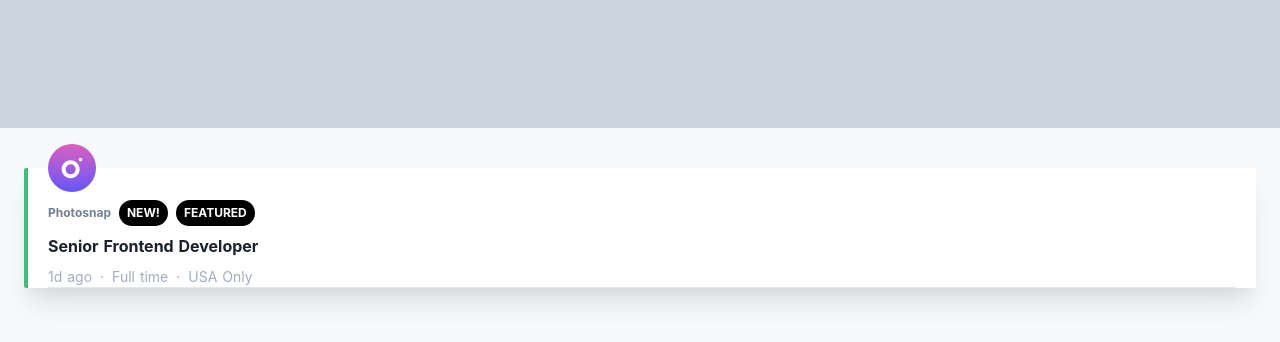
Repository: asongdon/frontendmentor-joblisting
Page: /
These files come from the project's save history. The page is drawn as it stood at one moment and after the next save; the edit follows.
The browser window is 1280 px wide. The pictures show the whole page.
The project was rebuilt for these pictures with package versions that can differ from the ones it lists, and the page was loaded fresh each time. The framework's server and built-in components were replaced by stand-ins that run in the browser. Also part of the build but not shown: nuxt.config.js.

Above is the page before, as saved 2020-04-12 20:55:53.

### layouts/default.vue
<template>
  <div class="h-screen">
    <Header/>
    <nuxt />
  </div>
</template>

<script>
import Header from '@/components/Header.vue'

export default {
  components: {
    Header
  },
}
</script>

<style>
html {
  font-family: 'Inter', -apple-system, BlinkMacSystemFont, 'Segoe UI',
    Roboto, 'Helvetica Neue', Arial, sans-serif;
  font-size: 16px;
  word-spacing: 1px;
  -ms-text-size-adjust: 100%;
  -webkit-text-size-adjust: 100%;
  -moz-osx-font-smoothing: grayscale;
  -webkit-font-smoothing: antialiased;
  box-sizing: border-box;
  @apply bg-gray-100;
}

*,
*:before,
*:after {
  box-sizing: border-box;
  margin: 0;
}

.button--green {
  display: inline-block;
  border-radius: 4px;
  border: 1px solid #3b8070;
  color: #3b8070;
  text-decoration: none;
  padding: 10px 30px;
}

.button--green:hover {
  color: #fff;
  background-color: #3b8070;
}

.button--grey {
  display: inline-block;
  border-radius: 4px;
  border: 1px solid #35495e;
  color: #35495e;
  text-decoration: none;
  padding: 10px 30px;
  margin-left: 15px;
}

.button--grey:hover {
  color: #fff;
  background-color: #35495e;
}
</style>

### pages/index.vue
<template>
  <div class="container py-10 px-6">
    <Maincard/>
  </div>
</template>

<script>
import Maincard from '@/components/Maincard'
export default {
  components: {
    Maincard
  }
}
</script>

<style>
/* Sample `apply` at-rules with Tailwind CSS
.container {
  @apply min-h-screen flex justify-center items-center text-center mx-auto;
}
*/

</style>

### components/Header.vue
<template>
  <div class="w-full h-32 bg-gray-400"></div>
</template>

<script>
export default {}
</script>

<style></style>

### components/Maincard.vue
<template>
    <div class="flex flex-col flex-no-wrap rounded-sm px-5 border-l-4 border-green-500 bg-white shadow-xl">

    <div class="-mt-6 mb-2">
      <img class="w-12" src="~/assets/logos/faceit.svg" alt="" />
    </div>

    <div class="flex items-center">
      <div class="text-xs font-bold text-gray-600">Photosnap</div>
      <div class="flex text-xs font-bold">
        <div class="bg-black text-white rounded-full px-2 py-1 uppercase ml-2">
          New!
        </div>
        <div class="bg-black text-white rounded-full px-2 py-1 uppercase ml-2">
          Featured
        </div>
      </div>
    </div>

    <div class="mt-2 font-bold text-gray-900">
      Senior Frontend Developer
    </div>

    <div class="flex text-sm mt-2 text-gray-500 border-b">
      <div class="mr-2">1d ago</div>
      <div class="mr-2">·</div>
      <div class="mr-2">Full time</div>
      <div class="mr-2">·</div>
      <div>USA Only</div>
    </div>

  </div>
</template>

<script>
export default {}
</script>

<style></style>

Loaded but not shown: assets/css/tailwind.css (common file); tailwind.config.js (common file); store/filter.js (no copy from this time; the picture is the same without it); store/index.js (no copy from this time; the picture is the same without it)

After the next save:
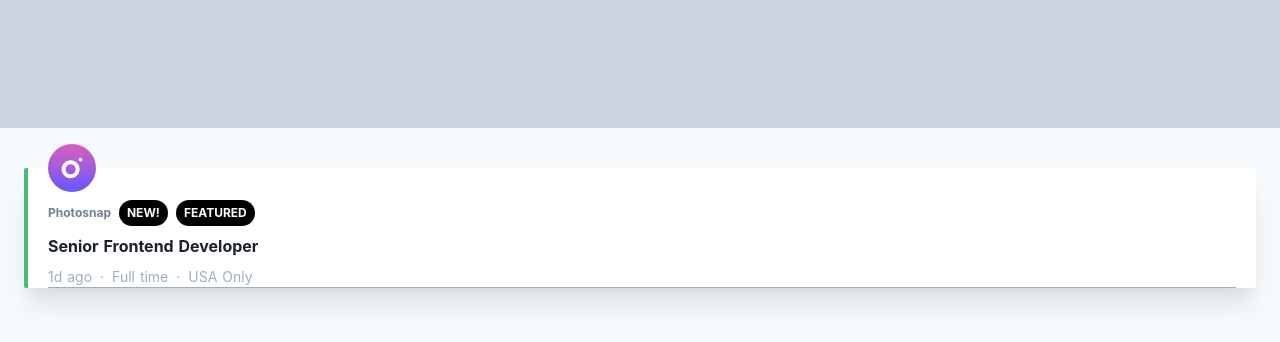
Saved 7 s later.
--- a/components/Maincard.vue
+++ b/components/Maincard.vue
@@ -21,7 +21,7 @@
       Senior Frontend Developer
     </div>
 
-    <div class="flex text-sm mt-2 text-gray-500 border-b">
+    <div class="flex text-sm mt-2 text-gray-500 border-b border-gray-500">
       <div class="mr-2">1d ago</div>
       <div class="mr-2">·</div>
       <div class="mr-2">Full time</div>

After the save that followed:
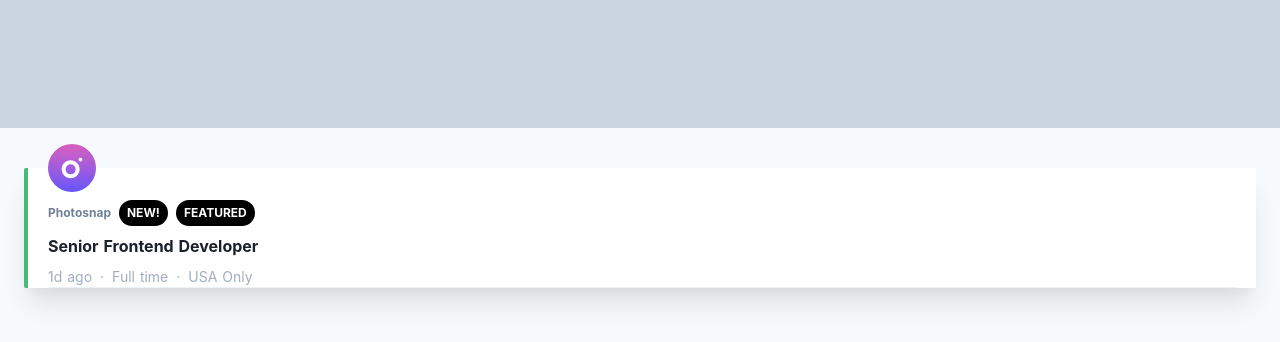
Saved 29 s later.
--- a/components/Maincard.vue
+++ b/components/Maincard.vue
@@ -21,7 +21,7 @@
       Senior Frontend Developer
     </div>
 
-    <div class="flex text-sm mt-2 text-gray-500 border-b border-gray-500">
+    <div class="flex text-sm mt-2 text-gray-500 border-b border-gray-200">
       <div class="mr-2">1d ago</div>
       <div class="mr-2">·</div>
       <div class="mr-2">Full time</div>
